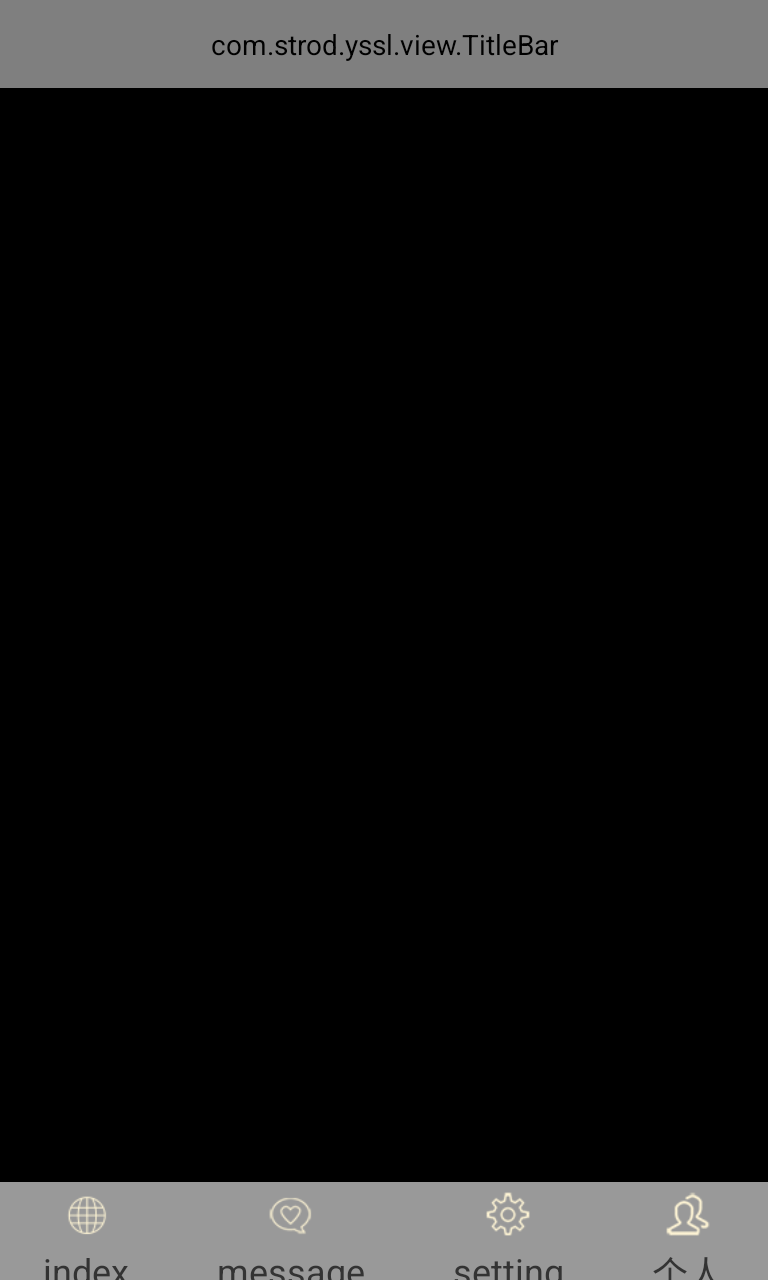
Repository: duyuan199010/atangge
Layout: yssl/res/layout/activity_main.xml
These files come from the project's save history. The layout is drawn as it stood at one moment and after the next save; the edit follows.
Pictures or frames that could not be fetched are drawn as grey boxes. It is drawn on a 768 x 1280 px phone screen (xhdpi) without system bars, with theme Theme.PageIndicatorDefaults; the app's code is not run.

Above is the layout before, as saved 2015-08-11 12:15:13.

After the next save:
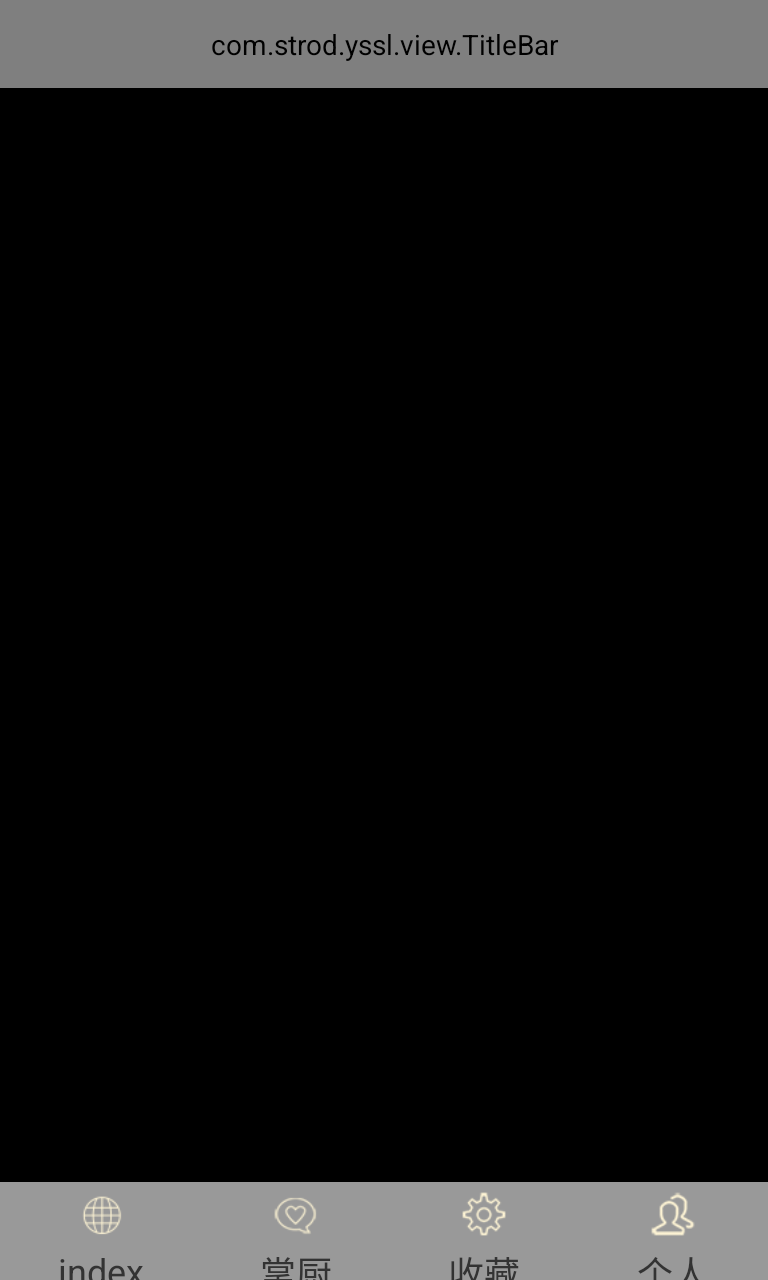
Saved 22 s later.
--- a/yssl/res/layout/activity_main.xml
+++ b/yssl/res/layout/activity_main.xml
@@ -48,7 +48,7 @@
             android:button="@null"
             android:drawableTop="@drawable/message_icon"
             android:gravity="center"
-            android:text="message" />
+            android:text="@string/main_publish" />
 
         <RadioButton
             android:id="@+id/radio_collect"
@@ -59,7 +59,7 @@
             android:button="@null"
             android:drawableTop="@drawable/set_icon"
             android:gravity="center"
-            android:text="setting" />
+            android:text="@string/main_collect" />
 
         <RadioButton
             android:id="@+id/radio_personal"
